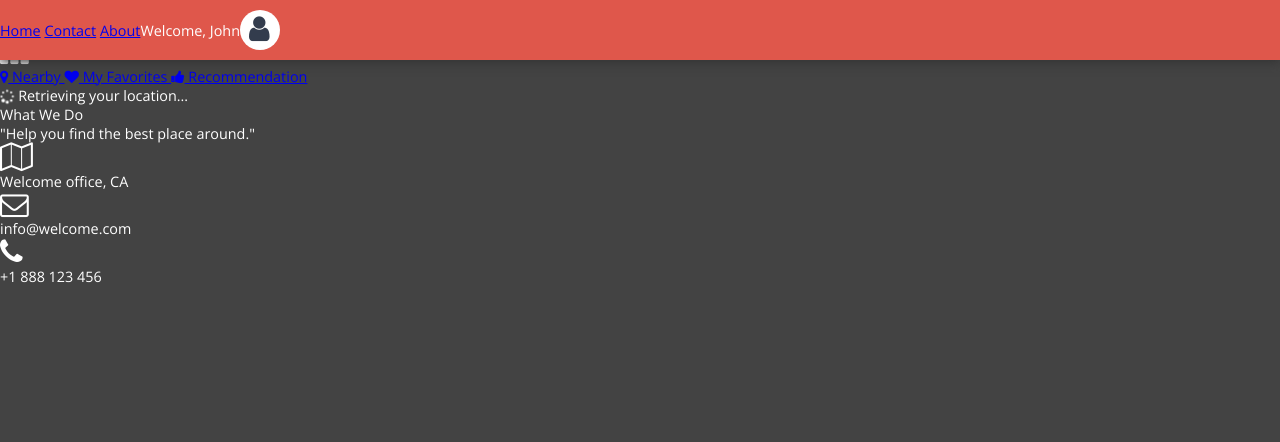
Repository: aidenmei/item_recommedation
Page: http://localhost/Jupiter/
An editor plug-in stored every save of this project. The page is shown before and after the next save, followed by the edit.
The browser window is 1280 px wide. The pictures show the whole page.
Some web libraries are served in a nearby version. The page is served by Tomcat 10.

Above is the page before, as saved 2022-06-26 02:12:16.

After the next save:
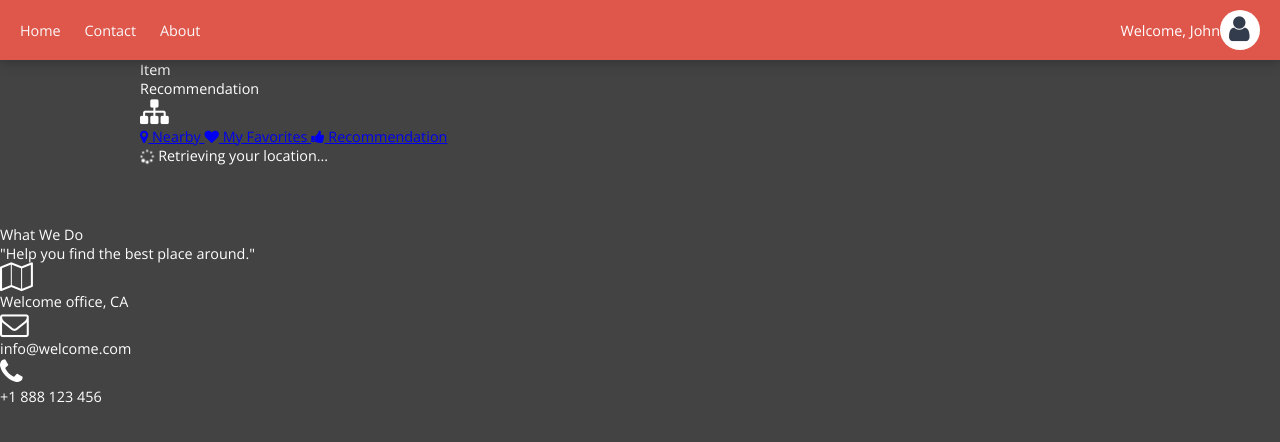
Saved 56 s later.
--- a/Jupiter/src/main/webapp/styles/main.css
+++ b/Jupiter/src/main/webapp/styles/main.css
@@ -42,3 +42,22 @@ ul {
 	padding-top: 5px;
 	width: 40px;
 }
+
+/* 2.2 top navigation */
+.top-nav {
+	flex: 1;
+}
+
+.top-nav a {
+	color: #F9F9F9;
+	font-weight: 400;
+	margin-left: 20px;
+	text-decoration: none;
+}
+
+/* step3: main container */
+.container {
+	margin: 60px auto;
+	max-width: 1000px;
+	min-width: 600px;
+}
